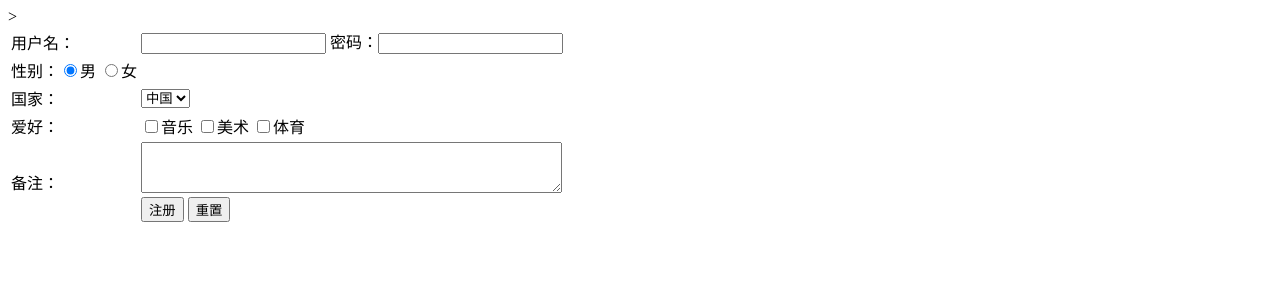
Repository: Lansefanggezi/JavaWeb
Page: HelloServlet/WebContent/Register.html
An editor plug-in stored every save of this project. The page is shown before and after a run of saves, followed by the edit.
The browser window is 1280 px wide. The pictures show the whole page.

Above is the page before, as saved 2018-03-29 08:41:14.

After the next 2 saves:
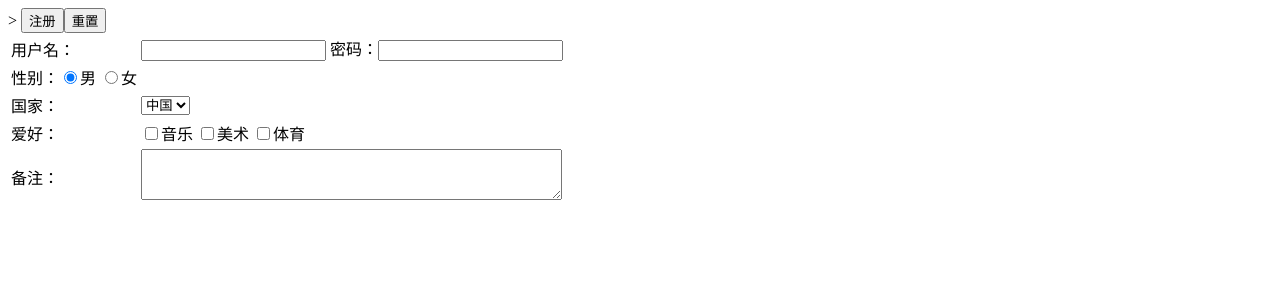
The 2 saves are shown as one change because they came seconds apart.
The last was saved 8 s later.
--- a/HelloServlet/WebContent/Register.html
+++ b/HelloServlet/WebContent/Register.html
@@ -40,7 +40,8 @@
 			<td>
 		备注：</td>
 		<td><textarea rows="3" cols="50" name="remark" ></textarea>
-		<br>
+		</td>
+		</tr>
 		<input type="submit" value="注册" >
 		<input type="reset" value="重置">
 		</table>
